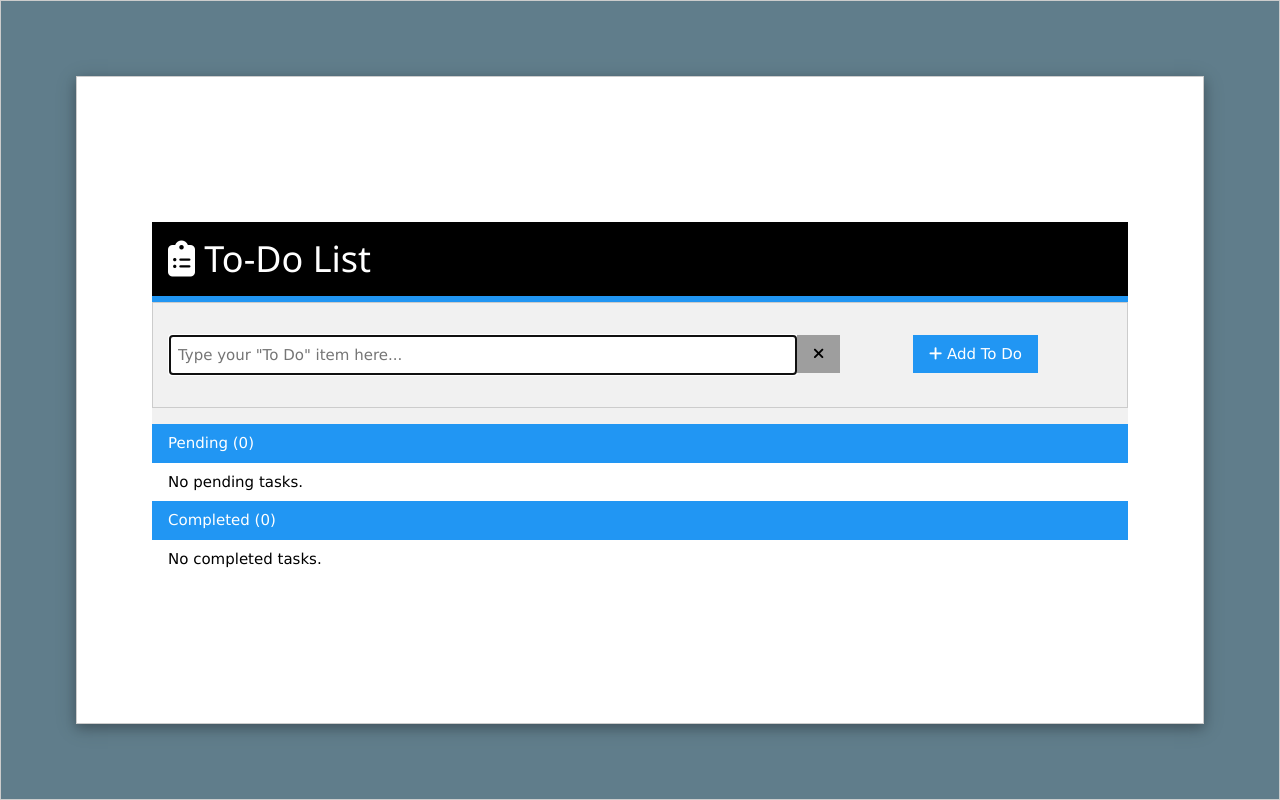
Repository: bclover/vue3-design-patterns-book
Page: /
These files come from the project's save history. The page is drawn as it stood at one moment and after the next save; the edit follows.
The browser window is 1280 px wide. The pictures show the whole page.
The project was rebuilt for these pictures with package versions that can differ from the ones it lists, and the page was loaded fresh each time. Also part of the build but not shown: vite.config.ts.

Above is the page before, as saved 2023-06-19 23:00:39.

After the next save:
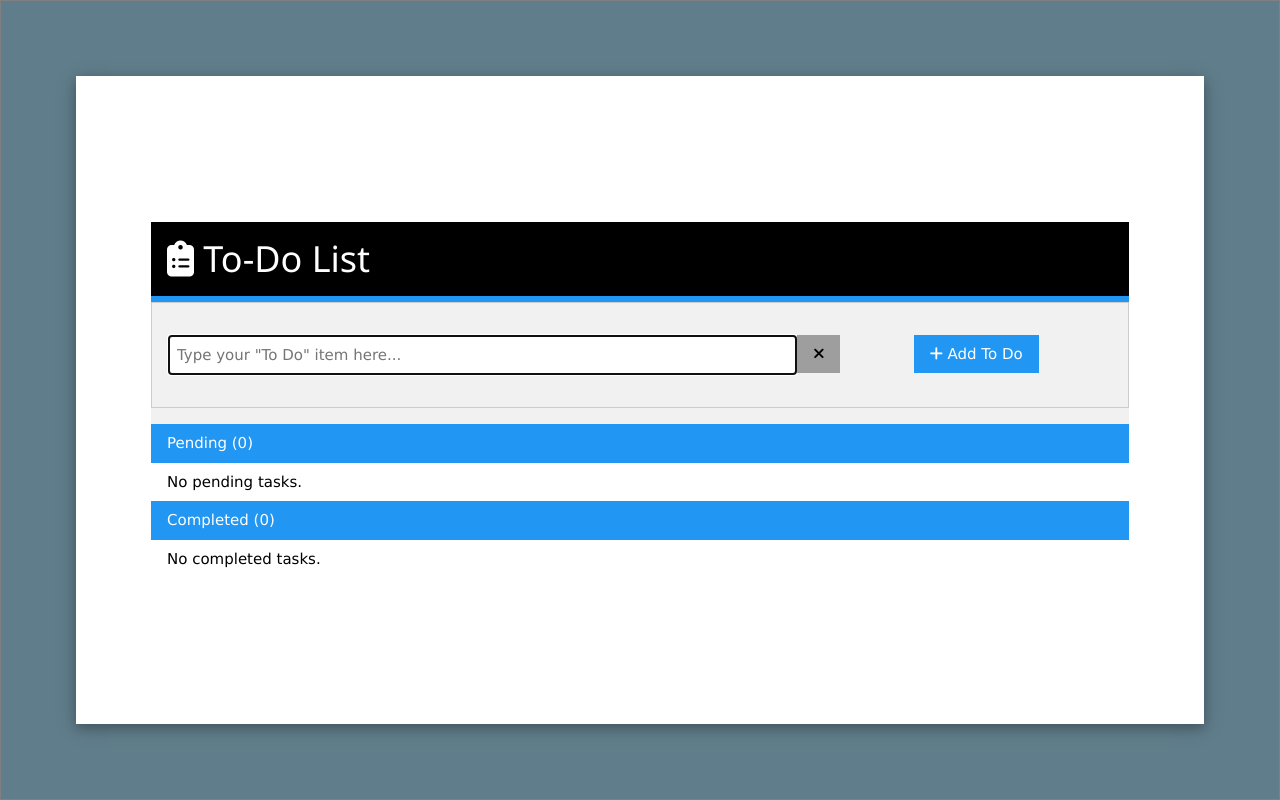
Saved 27 s later.
--- a/src/App.vue
+++ b/src/App.vue
@@ -3,13 +3,14 @@ import ToDos from './components/ToDos.vue';
 </script>
 
 <template>
-  <div class="app w3-blue-gray w3-border">
-    <ToDos class="w3-border"></ToDos>
+  <div class="app w3-blue-gray">
+    <ToDos class=""></ToDos>
   </div>
 </template>
 
 <style scoped>
 .app {
+  border: 1px solid grey;
   display: flex;
   justify-content: center;
   width: 100vw;
